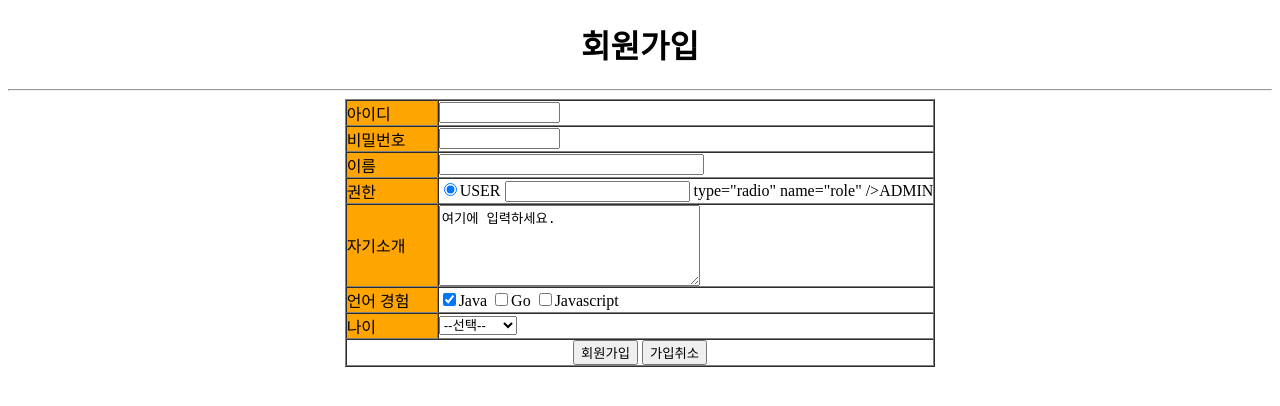
Repository: TPoleon/Servlet-JSP
Page: BoardWeb/src/main/webapp/insertUser.html
An editor plug-in stored every save of this project. The page is shown before and after the next save, followed by the edit.
The browser window is 1280 px wide. The pictures show the whole page.

Above is the page before, as saved 2023-11-16 12:51:05.

After the next save:
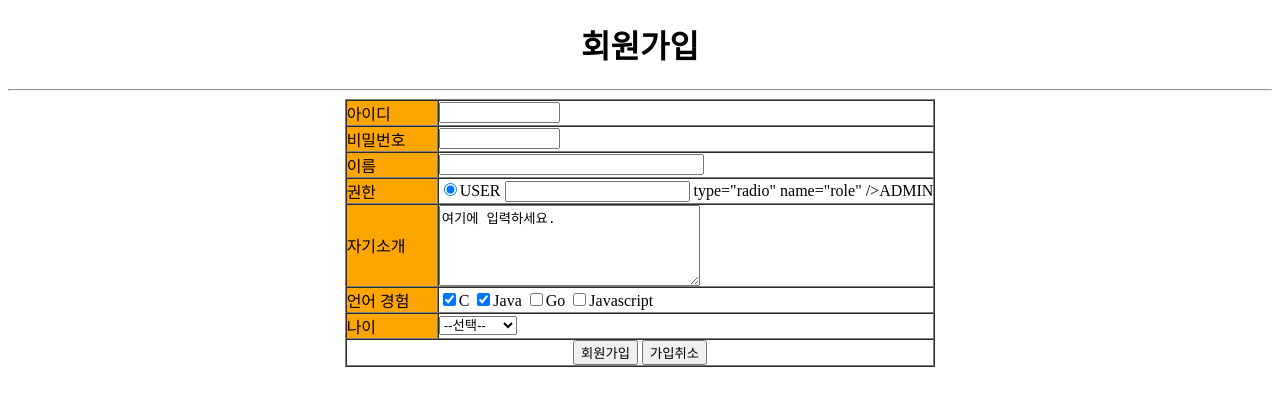
Saved 3 min 41 s later.
--- a/BoardWeb/src/main/webapp/insertUser.html
+++ b/BoardWeb/src/main/webapp/insertUser.html
@@ -38,8 +38,11 @@
 
 
 				<td bgcolor="orange">언어 경험</td>
-				<td><input type="checkbox" checked>Java <input
-					type="checkbox">Go <input type="checkbox">Javascript</td>
+				<td><input type="checkbox" checked>C
+				<input type="checkbox" checked>Java
+				<input type="checkbox">Go
+				<input type="checkbox">Javascript
+				</td>
 				</tr>
 
 
